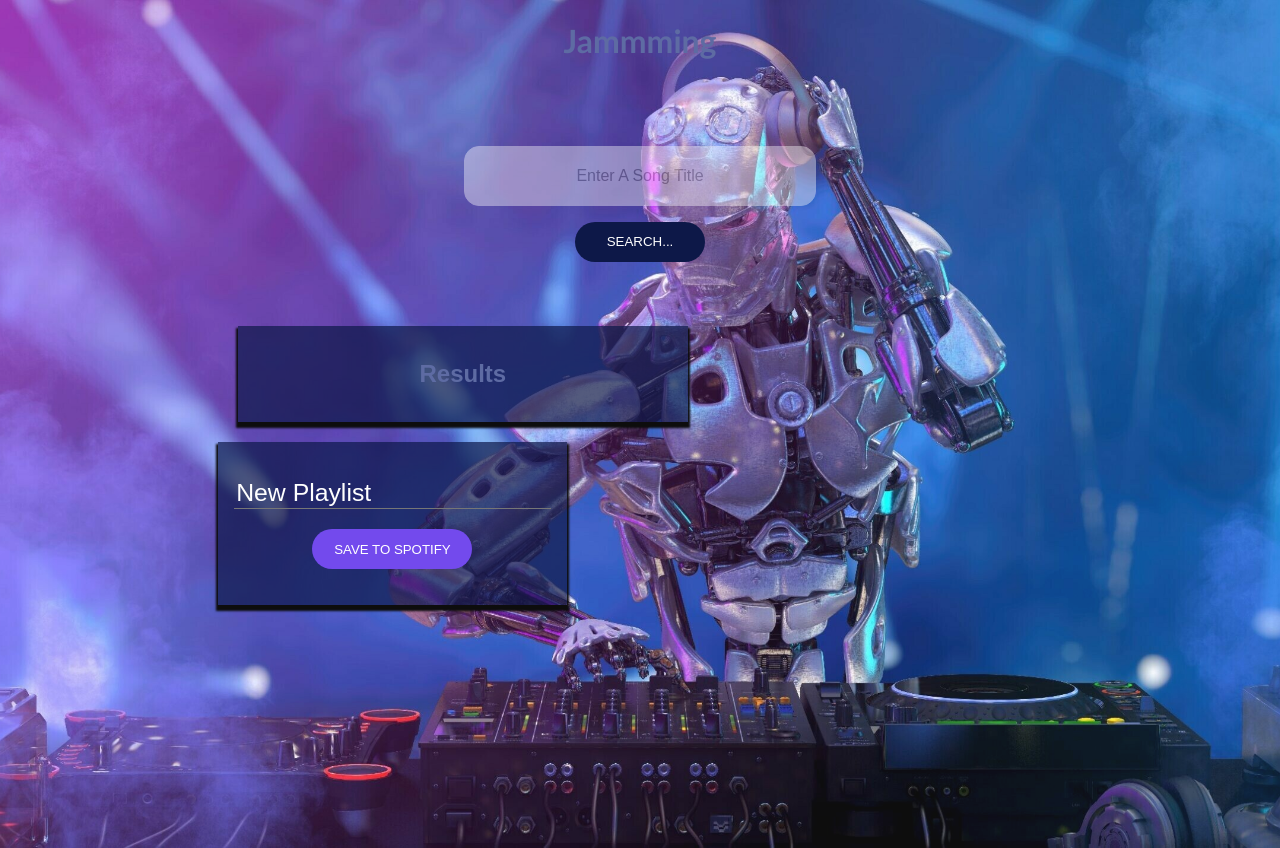
Repository: LolaSL/jamming
Page: /
An editor plug-in stored every save of this project. The page is shown before and after a run of saves, followed by the edit.
The browser window is 1280 px wide. The pictures show the whole page.
The project was rebuilt for these pictures with package versions that can differ from the ones it lists, and the page was loaded fresh each time. Also part of the build but not shown: src/components/Track/Track.css, src/components/Track/Track.jsx.

Above is the page before, as saved 2023-06-22 18:40:22.

After the next 3 saves:
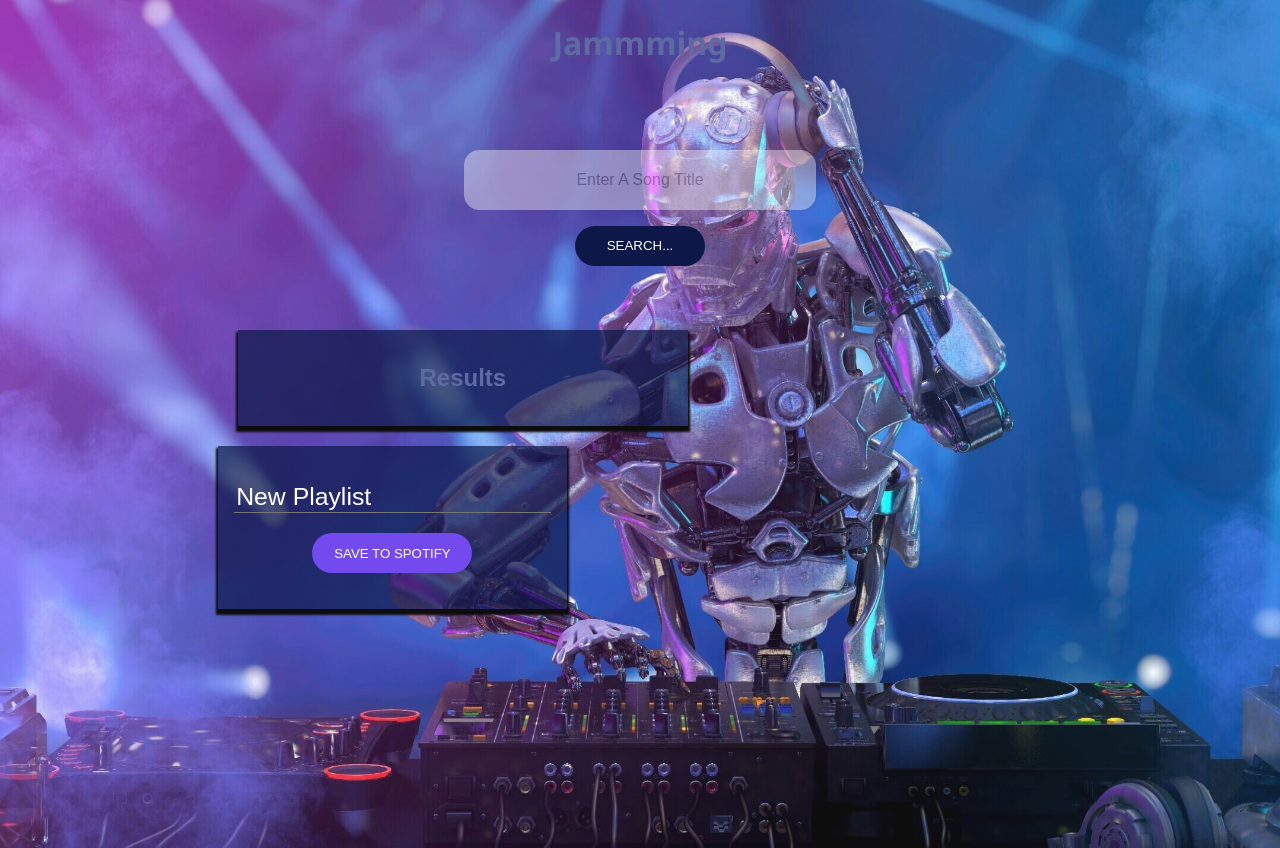
The 3 saves are shown as one change because they came seconds apart.
The last was saved 11 s later.
--- a/src/App/App.css
+++ b/src/App/App.css
@@ -20,5 +20,5 @@ html,
   text-align: center;
 }
 h1{
-  font-family:'Trebuchet MS', 'Lucida Sans Unicode', 'Lucida Grande', 'Lucida Sans', Arial, sans-serif;
+  font-family:'Segoe UI', Tahoma, Geneva, Verdana, sans-serif;
 }
